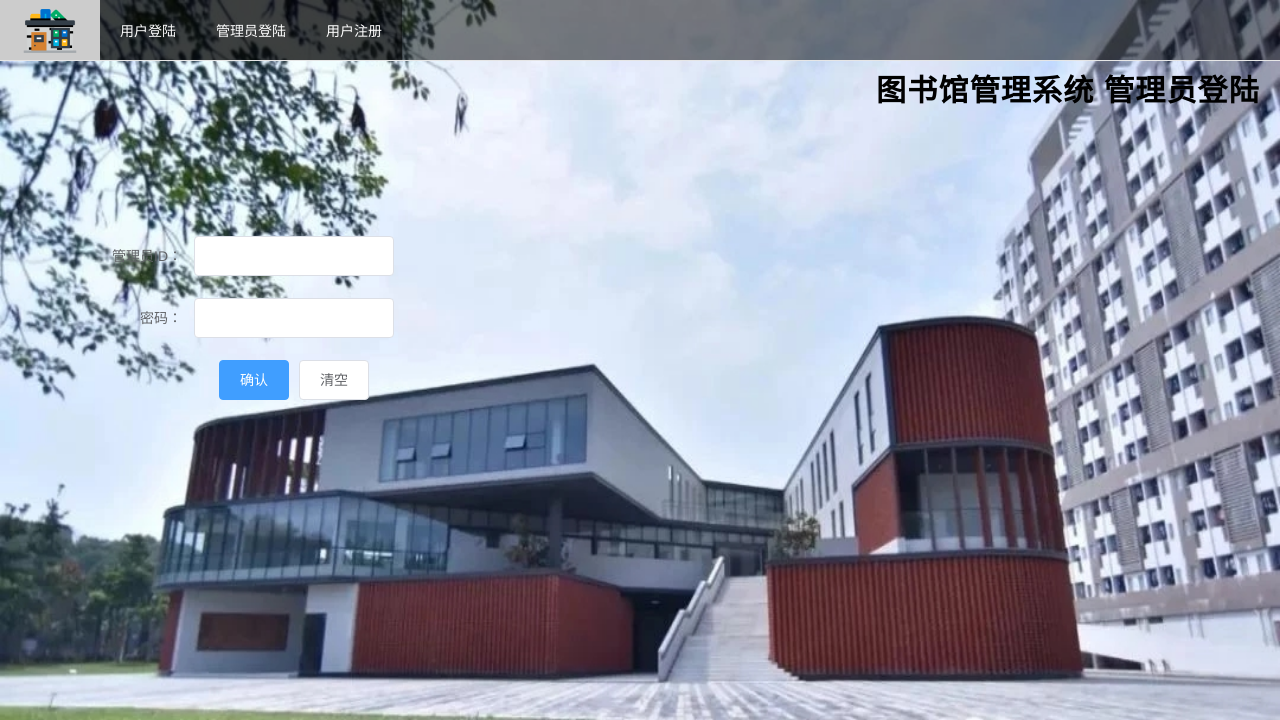
Repository: Akron-xz/helloVue
Page: /#/admin (app in vue-library/)
An editor plug-in stored every save of this project. The page is shown before and after the next save, followed by the edit.
The browser window is 1280 px wide. The pictures show the whole page.
The project was rebuilt for these pictures with package versions that can differ from the ones it lists, and the page was loaded fresh each time. Also part of the build but not shown: vue-library/src/views/Home.vue.

Above is the page before, as saved 2020-11-24 22:39:14.

### vue-library/src/main.js
import Vue from 'vue'
import App from './App.vue'
import ElementUI from 'element-ui';
import 'element-ui/lib/theme-chalk/index.css';
import axios from "axios"
import router from './router'
import Router from 'vue-router'

const routerPush = Router.prototype.push
Router.prototype.push = function push(location) {
    return routerPush.call(this, location).catch(error => error)
}

Vue.config.productionTip = false
Vue.use(ElementUI);
Vue.prototype.$axios = axios;


new Vue({
    router,
    render: h => h(App)
}).$mount('#app')

### vue-library/src/router/index.js
import Vue from 'vue'
import VueRouter from 'vue-router'
import Home from '../views/Home.vue'


Vue.use(VueRouter)

const routes = [{
        path: '/',
        name: 'Home',
        component: Home
    },
    {
        path: '/about',
        name: 'About',
        // route level code-splitting
        // this generates a separate chunk (about.[hash].js) for this route
        // which is lazy-loaded when the route is visited.
        component: () =>
            import ( /* webpackChunkName: "about" */ '../views/About.vue')
    },
    {
        path: '/admin',
        name: 'Admin',
        // route level code-splitting
        // this generates a separate chunk (about.[hash].js) for this route
        // which is lazy-loaded when the route is visited.
        component: () =>
            import ( /* webpackChunkName: "about" */ '../views/Administrator.vue')
    },
    {
        path: "/userLogin",
        name: "UserLogin",
        component: () =>
            import ('../views/UserLogin.vue')
    },
    {
        path: "/user",
        name: "User",
        component: () =>
            import ( /* webpackChunkName: "about" */ '../views/User.vue')
    },
    {
        path: "/signup",
        name: "SignUp",
        component: () =>
            import ('../views/SignUp.vue')
    },
    {
        path: "/adminmain",
        name: "AdminMain",
        component: () =>
            import ('../views/AdminMain.vue')
    },
    {

        path: "/MyInformation",
        name: "MyInformation",
        component: () =>
            import ('../views/MyInformation.vue')
    },
    {
        path: "/library",
        name: "Library",
        component: () =>
            import ( /* webpackChunkName: "about" */ '../views/Library.vue')

    },
    {
        path: "/modifymsg",
        name: "ModifyMsg",
        component: () =>
            import ('../views/ModifyMsg.vue')
    },
    {
        path: "/borrowhistory",
        name: "BorrowHistory",
        component: () =>
            import ('../views/BorrowHistory.vue')
    },
    {
        path: "/newissue",
        name: "NewIssue",
        component: () =>
            import ('../views/NewIssue.vue')
    },
    {
        path: "/booksearch",
        name: "BookSearch",
        component: () =>
            import ('../views/BookSearch.vue')
    },
    {
        path: "/MyBookshelves",
        name: "MyBookshelves",
        component: () =>
            import ('../views/MyBookshelves.vue')
    },
    {
        path: "/modifyAnnounce",
        name: "ModifyAnnounce",
        component: () =>
            import ('../views/ModifyAnnounce.vue')
    },
    {
        path: "/statistics",
        name: "Statistics",
        component: () =>
            import ('../views/Statistics.vue')
    },


]

const router = new VueRouter({
    routes
})

export default router

### vue-library/src/views/Administrator.vue
<template>
  <div class="admin-login-container">
  <homeNavigation></homeNavigation>
    <el-header>图书馆管理系统  管理员登陆</el-header>
    <div class="adminBox">
      <el-form
        :model="ruleForm2"
        status-icon
        :rules="rules2"
        ref="ruleForm2"
        label-width="100px"
        class="demo-ruleForm"
      >
        <el-form-item label="管理员ID：" prop="adminId">
          <el-input v-model.number="ruleForm2.adminId"></el-input>
        </el-form-item>
        <el-form-item label="密码：" prop="pwd">
          <el-input
            type="password"
            v-model="ruleForm2.pwd"
            auto-complete="off"
            oncopy="return false"
            onpaste="return false"
            oncut="return false"
          ></el-input>
        </el-form-item>
        <el-form-item>
          <el-button type="primary" @click="submitForm('ruleForm2')"
            >确认</el-button
          >
          <el-button @click="resetForm('ruleForm2')">清空</el-button>
        </el-form-item>
      </el-form>
    </div>

  </div>
</template>


<script>
import axios from "axios"
import homeNavigation from '@/components/homeNav.vue'
  export default {
    components:{
        homeNavigation
    },
    data() {
      var checkadminId = (rule, value, callback) => {
        if (!value) {
          return callback(new Error('ID不能为空'));
        }
        setTimeout(() => {
          if (!Number.isInteger(value)) {
            callback(new Error('请输入数字'));
          } else {
            callback();
          }
        }, 1000);
      };
      var validatepwd = (rule, value, callback) => {
        if (value === '') {
          callback(new Error('请输入密码'));
        } else {
          if (this.ruleForm2.checkpwd !== "") {
          this.$refs.ruleForm2.validateField("checkpwd");
        }
          callback();
        }

    };


    return {
      ruleForm2: {
        adminId: "",
        pwd: "",
      },

      admin: [],

      rules2: {
        pwd: [{ validator: validatepwd, trigger: "blur" }],
        adminId: [{ validator: checkadminId, trigger: "blur" }],
      },
    };
  },
  methods: {
    submitForm(formName2) {
      this.$refs[formName2].validate((valid) => {
        if (valid) {
          axios({
            method: "post",
            url: "http://localhost:8081/login",
            params: {
              id: parseInt(this.ruleForm2.adminId),
              password: this.ruleForm2.pwd,
            },
          }).then((res) => {
            // 获取后台返回的数据
            // 若有就得到json，若无就得到空
            this.admin = res.data;
            console.log(this.admin);
            // 结果是undefined
            // 应该是数组的大小被改变后length就为undefined
            console.log(this.admin.length);
            console.log("密码");
            console.log(this.admin.password);

            // identity=1，表示是管理员身份
            if (this.admin) {
              if (this.admin.identity == 1) {
                // console.log("登陆成功");
                this.$message({
                  message: "登录成功",
                  type: "success",
                });
                // 路由跳转到管理员主页
                this.$router.push({ path: "/adminmain" });
              } else {
                this.$message({
                message: '普通用户请在普通用户页面登录',
                type: 'warning'
              });
              // 跳转到普通用户登录界面
              this.$router.push({ path: "/userLogin" });
              }
            } else {
              this.$message({
                  message: "登录失败！请检查你的账号和密码是否正确。",
                  type: "error",
                });
                this.ruleForm2.adminId = "";
                this.ruleForm2.pwd = "";
            }
          });
        } else {
          console.log("错误的表单提交");
          return false;
        }
      });
    },
    resetForm(formName) {
      this.$refs[formName].resetFields();
    },
  },
};
</script>


<style scoped>
.admin-login-container {
  position: fixed;
  left: 0;
  top: 0;
  width: 100%;
  height: 100%;
  background-image: url(/img/divBg/bg23.jpg);
  background-size: 100% 100%;
}

.el-header {
    text-align: right;
    line-height: 60px;
    font-weight: 1000;
    font-size: 30px;
    color:black;
    letter-spacing: 0.04em;

}

.demo-ruleForm {
  position: absolute;
  right: 70px;
  top: 20px;
  width: 300px;
  height: 50px;
}

.adminBox {
  position: absolute;
  top: 30%;
  left: 5%;
  width: 400px;
  height: 200px;
  border-radius: 20px;
  background: ffffffd7;
}

.img {
  margin-left: 100px;
  height: 100px;
  width: 1000px;
}


</style>

### vue-library/src/components/homeNav.vue
<template>

    <div class="navigation-bar">
        <el-menu
            class="el-menu-demo"
            mode="horizontal"
            @select="handleSelect"
            background-color="#00000080"
            text-color="#ffffff"
            text-font="15px"
            border="none"
            >


            <el-menu-item index="1" @click="toMain">
                <img src="/img/libraryIcon.png" alt="" target="_self" class="libraryIcon">
            </el-menu-item>

            <el-menu-item index="2" @click="toLogin">
                <a  target="_self"  >用户登陆</a>
            </el-menu-item>

            <el-menu-item index="3" @click="toAdministrator">
                <a  target="_self">管理员登陆</a>
            </el-menu-item>

            <el-menu-item index="4" @click="toSignUp">
                <a  target="_self">用户注册</a>
            </el-menu-item>

            <!-- <el-menu-item index="5" @click="toLibrary">
                <a  target="_self">图书馆</a>
            </el-menu-item> -->

            <!-- <el-menu-item index="6" class="exitIcon">
                <img src="/img/logoutIcon.png" alt="" target="_self" class="logoutIcon">
            </el-menu-item> -->

            <!-- <el-menu-item index="6" @click="toMain">
                <a  target="_self">返回主页</a>
            </el-menu-item> -->
        </el-menu>

    </div>
</template>

<script>
export default {
    name:"Nav",
    data() {
      return {
        activeIndex: '1'
      }
    },
    methods: {
    handleSelect(key, keyPath) {
      console.log(key, keyPath);
    },
    toMain(){
      this.$router.push({path:'/'});
    },

    toLogin(){
      this.$router.push({path:'/UserLogin'});
    },
    toAdministrator(){
      this.$router.push({path:'/Admin'});
    },
    toSignUp(){
      this.$router.push({path:'/SignUp'});
    },




  },

}
</script>>

<style scoped>
.libraryIcon{
  height: 60px;
  width: 60px;
}

.exitIcon{
  float: right;
}

.logoutIcon{
  height: 40px;
  width: 40px;
}

</style>>

Loaded but not shown: vue-library/public/index.html (common file); vue-library/src/App.vue (common file)

After the next save:
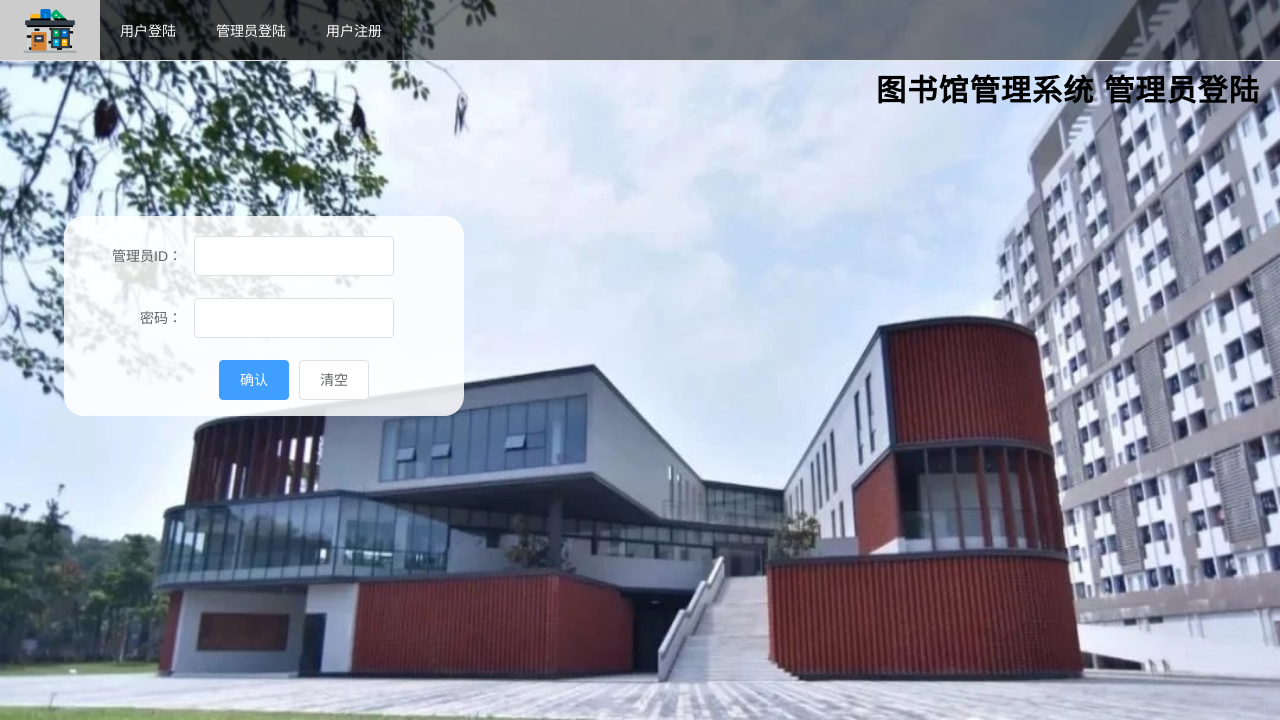
Saved 7 s later.
--- a/vue-library/src/views/Administrator.vue
+++ b/vue-library/src/views/Administrator.vue
@@ -183,7 +183,7 @@ import homeNavigation from '@/components/homeNav.vue'
   width: 400px;
   height: 200px;
   border-radius: 20px;
-  background: ffffffd7;
+  background: #ffffffd7;
 }
 
 .img {
